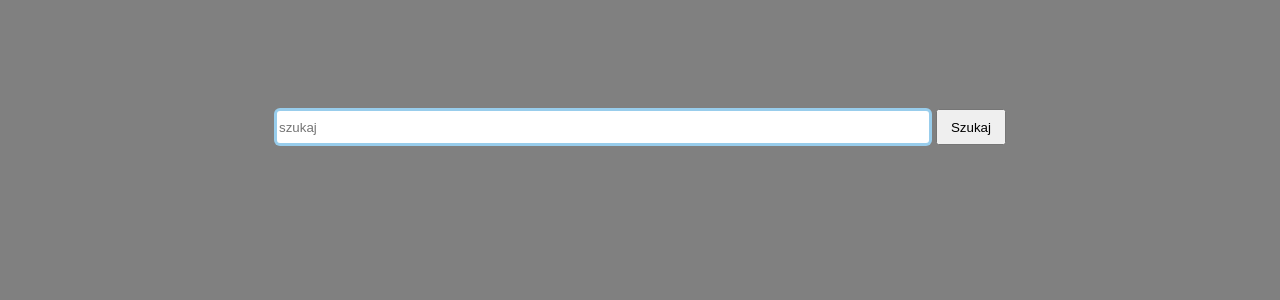
Repository: kq333/wyszukiarka-filmowa
Page: index.html
An editor plug-in stored every save of this project. The page is shown before and after the next save, followed by the edit.
The browser window is 1280 px wide. The pictures show the whole page.
The style sheet was rebuilt from its Sass, Less or Tailwind sources for each picture, by a compiler version that may differ from the author's.

Above is the page before, as saved 2021-01-20 13:46:50.

After the next save:
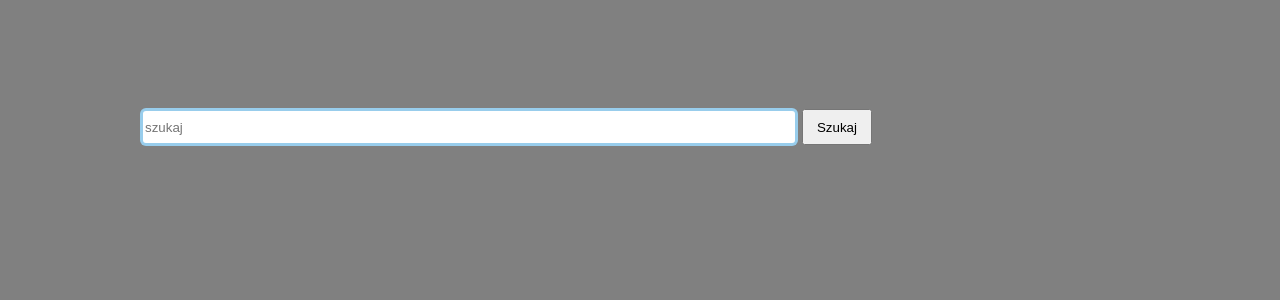
Saved 6 min 43 s later.
--- a/style/style.scss
+++ b/style/style.scss
@@ -43,6 +43,7 @@ body{
     grid-area:searchBar;
     margin:auto;
     margin-top:100px;
+    width:1000px;
 
     #search{
         width: 90vh;
